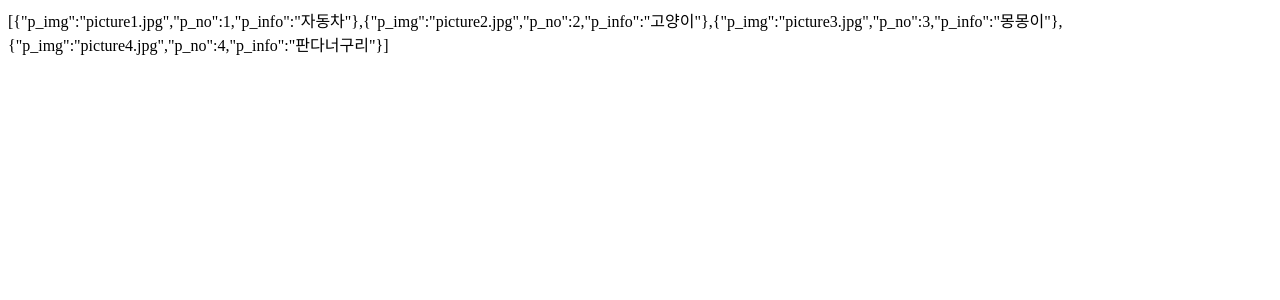
Repository: rightsecond3/java52
Page: http://localhost/dev_html/picture/pictureInfo.jsp
The author's editor kept a copy of each file at every save. The page is drawn from the files as they stood at one save, then again after the next save.
The browser window is 1280 px wide. The pictures show the whole page.
The page is served by Tomcat 9.

Above is the page before, as saved 2019-07-02 03:46:43.

After the next save:
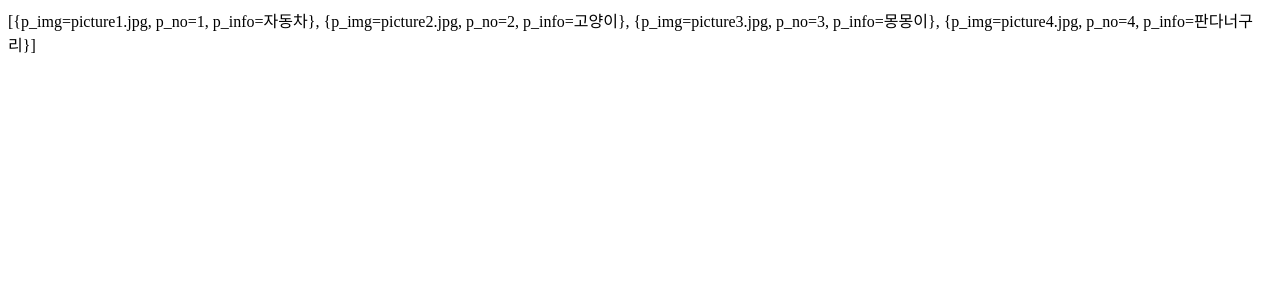
Saved 3 min 17 s later.
--- a/workspace_script/dev_html/WebContent/picture/pictureInfo.jsp
+++ b/workspace_script/dev_html/WebContent/picture/pictureInfo.jsp
@@ -29,5 +29,5 @@
 	//구글에서 제공하는 오픈 API를 사용하여 JSON포맷으로 꺼내기
 	Gson g = new Gson();
 	String result = g.toJson(picList);
-	out.print(result);
+	out.print(picList);
 %>

After the save that followed:
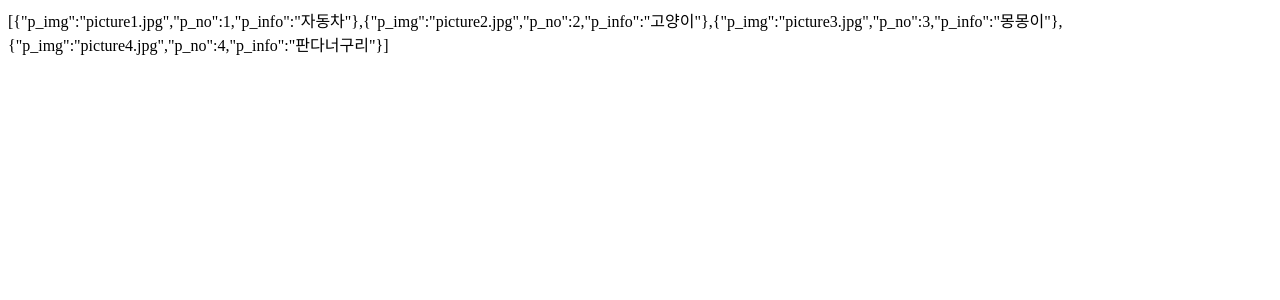
Saved 12 s later.
--- a/workspace_script/dev_html/WebContent/picture/pictureInfo.jsp
+++ b/workspace_script/dev_html/WebContent/picture/pictureInfo.jsp
@@ -29,5 +29,5 @@
 	//구글에서 제공하는 오픈 API를 사용하여 JSON포맷으로 꺼내기
 	Gson g = new Gson();
 	String result = g.toJson(picList);
-	out.print(picList);
+	out.print(result);
 %>
